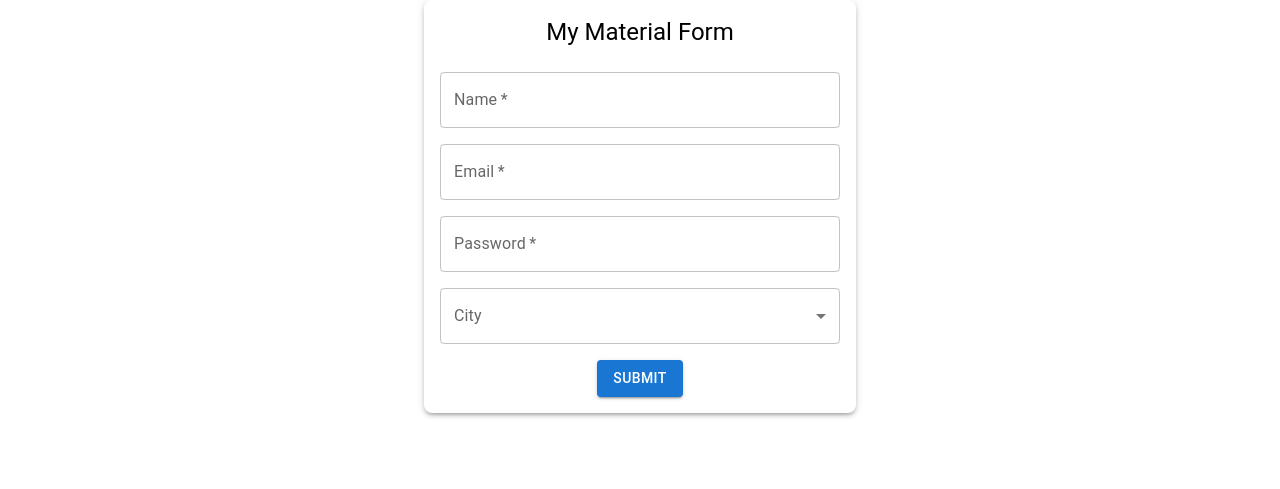
Repository: nicoleabaddd/FormReactJs
Page: /
The author's editor kept a copy of each file at every save. The page is drawn from the files as they stood at one save, then again after the next save.
The browser window is 1280 px wide. The pictures show the whole page.
The project was rebuilt for these pictures with package versions that can differ from the ones it lists, and the page was loaded fresh each time. Also part of the build but not shown: src/App.css.

Above is the page before, as saved 2024-07-15 00:51:58.

After the next save:
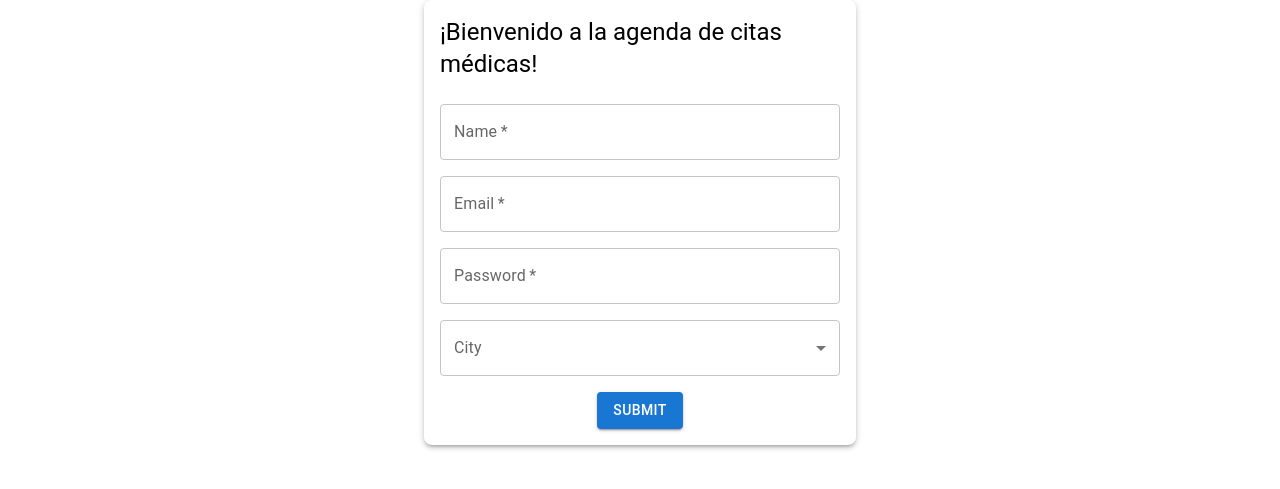
Saved 93 s later.
--- a/src/components/formulario.jsx
+++ b/src/components/formulario.jsx
@@ -72,7 +72,7 @@ import {
         }}
       >
         <Typography variant="h5" component="h1" gutterBottom>
-          My Material Form
+          ¡Bienvenido a la agenda de citas médicas!
         </Typography>
         <TextField
           label="Name"
